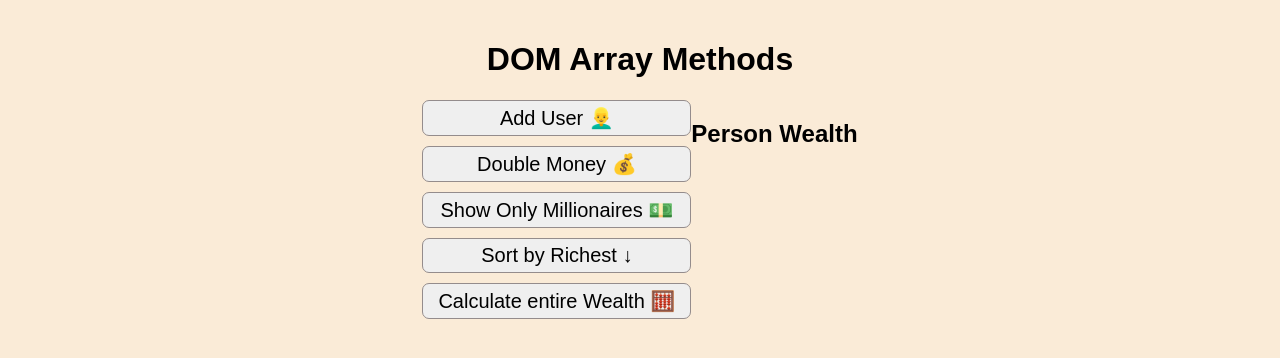
Repository: AbrorjonKuchkarov/DOM-Array-Methods
Page: index.html
An editor plug-in stored every save of this project. The page is shown before and after the next save, followed by the edit.
The browser window is 1280 px wide. The pictures show the whole page.

Above is the page before, as saved 2022-02-24 15:39:18.

After the next save:
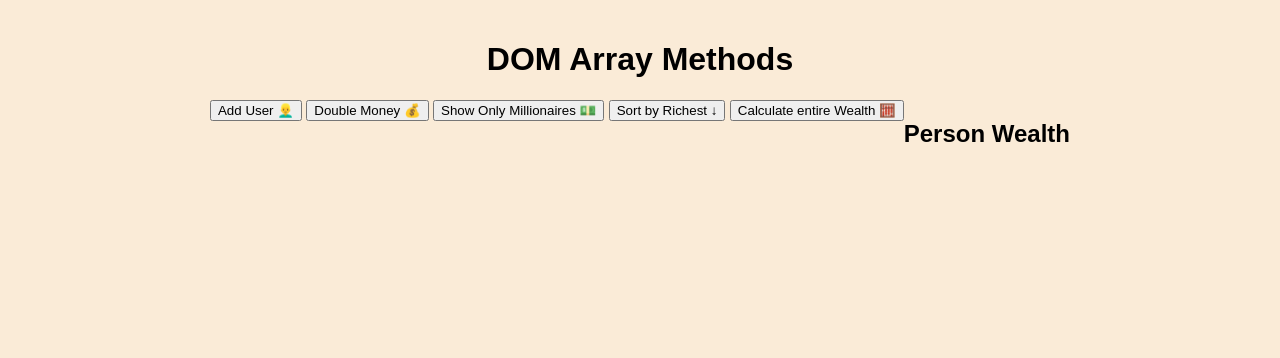
Saved 7 s later.
--- a/style.css
+++ b/style.css
@@ -18,7 +18,7 @@ body{
    max-width: 100%;
 }
 
-button {
+/* button {
    display: block;
    width: 100%;
    font-size: 20px;
@@ -27,4 +27,4 @@ button {
    outline: none;
    padding: 5px 15px;
    border: 1px solid rgb(148, 140, 140);
-}
+} */
